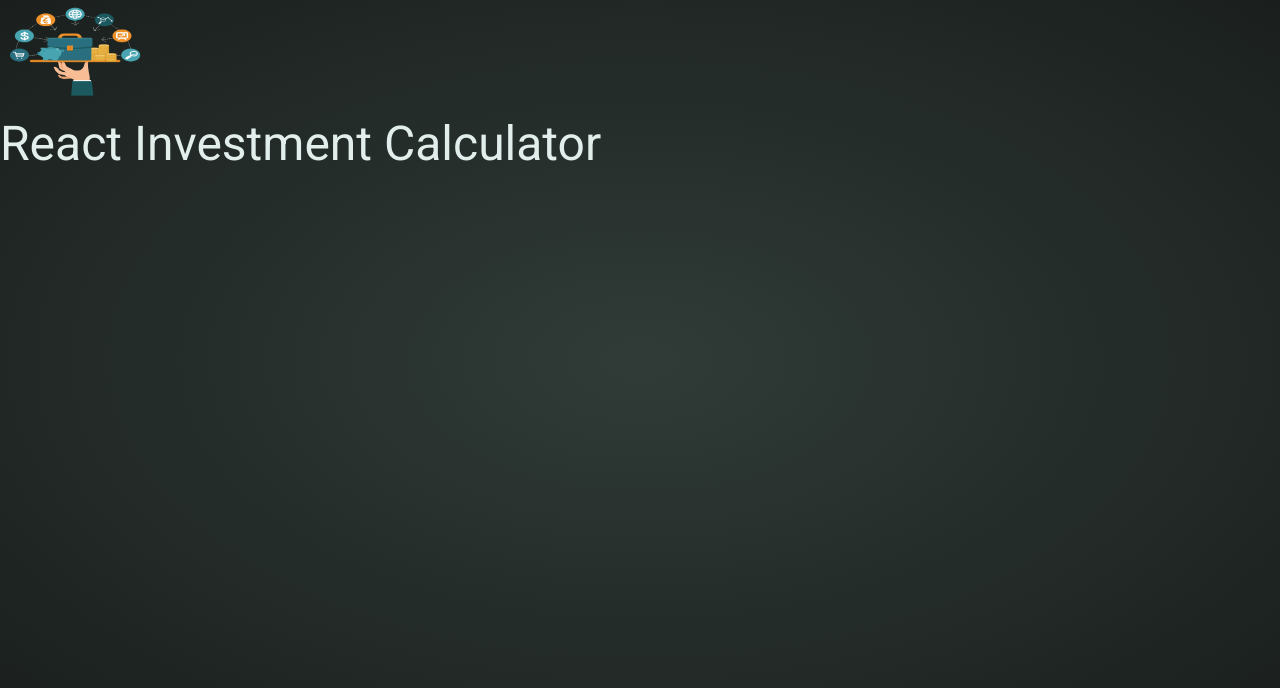
Repository: ErminiaDev/investment-app
Page: /
These files come from the project's save history. The page is drawn as it stood at one moment and after the next save; the edit follows.
The browser window is 1280 px wide. The pictures show the whole page.
The project was rebuilt for these pictures with package versions that can differ from the ones it lists, and the page was loaded fresh each time. Also part of the build but not shown: vite.config.js.

Above is the page before, as saved 2024-02-23 12:11:28.

After the next save:
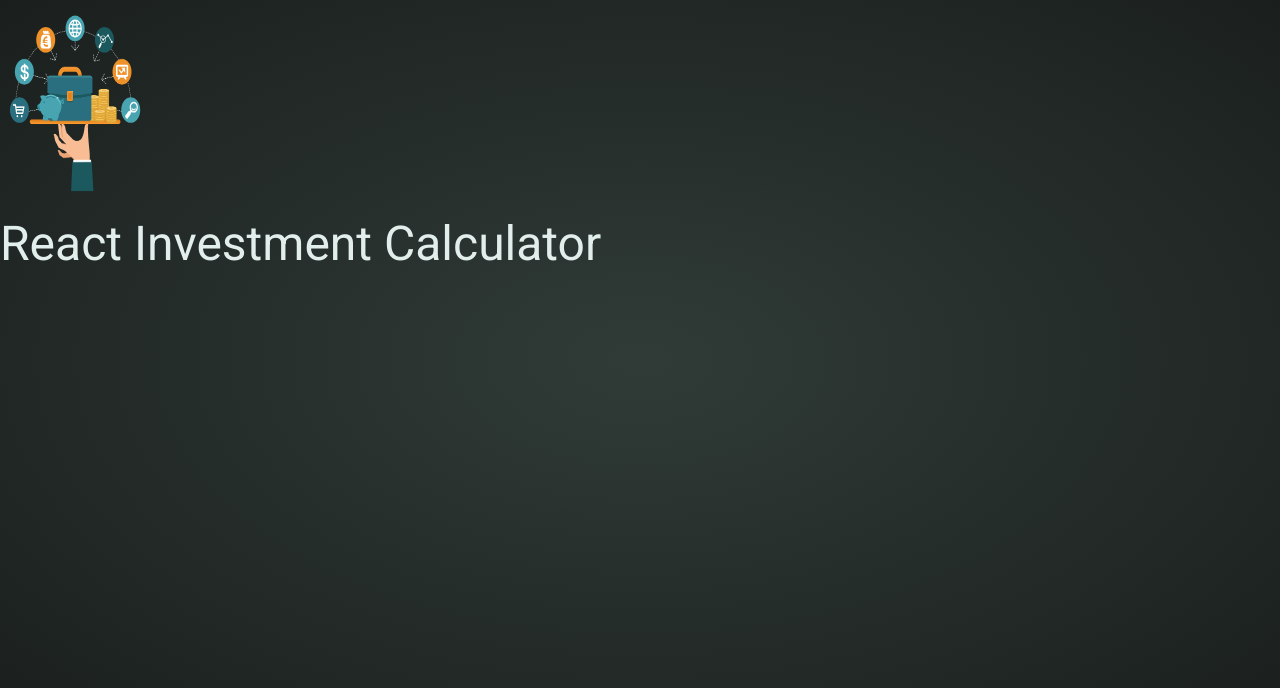
Saved 2 min 32 s later.
--- a/src/components/Header.jsx
+++ b/src/components/Header.jsx
@@ -5,7 +5,7 @@ export default function Header({}) {
     <Stack spacing={2}>
       <Box
         component="img"
-        sx={{ height: 100, width:150 }}
+        sx={{ height: 200, width:150 }}
         src="src/assets/investment-calculator-logo.png"
         alt=""
       />
